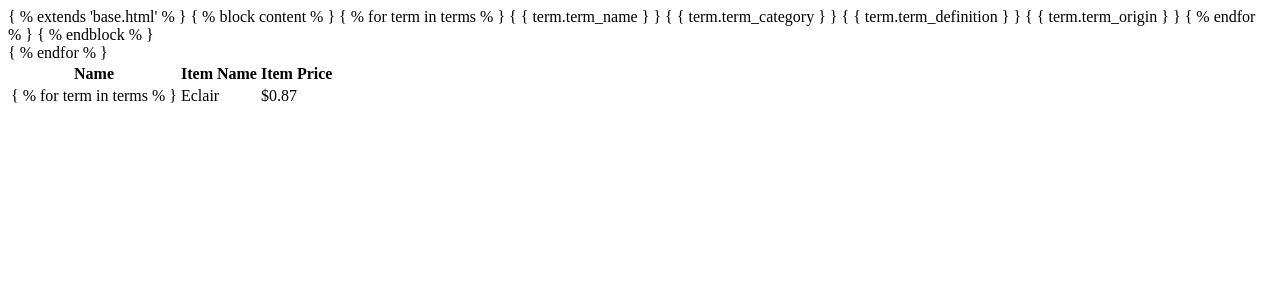
Repository: kalkiboru111/irish-dictionary-of-received-ideas
Page: http://localhost/get_terms
The author's editor kept a record of every edit. The page is drawn from the files as they stood at one moment, then again after a run of edits.
The browser window is 1280 px wide. The pictures show the whole page.
Some web libraries are served in a nearby version. The page is served by the project's application, run on Flask 3 (app.py). Queries for data that is not in the repository find no rows.

Above is the page before.

After the next 5 edits:
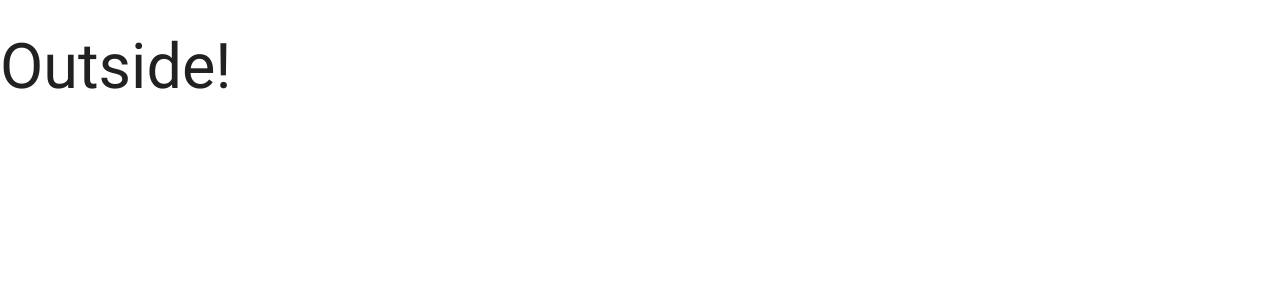
Console error: TypeError: $(...).sidenav is not a function
The 5 edits are shown as one change because 4 did not build or start.
The edit:
--- a/templates/terms.html
+++ b/templates/terms.html
@@ -1,32 +1,21 @@
-{ % extends 'base.html' % }
-{ % block content % }
-{ % for term in terms % }
-{ { term.term_name } }
-{ { term.term_category } }
-{ { term.term_definition } }
-{ { term.term_origin } }
-{ % endfor % }
-{ % endblock % }
-<div class="container">
-    <table class="striped centered responsive-table">
-        <thead>
-            <tr>
-                <th>Name</th>
-                <th>Item Name</th>
-                <th>Item Price</th>
-            </tr>
-        </thead>
 
-        <tbody>
-            <tr>
-                <td>
-                    { % for term in terms % }
-                </td>
-                    { % endfor % }
-                <td>Eclair</td>
-                <td>$0.87</td>
+{% extends 'base.html' %}
+{% block content %}
+    <ul>
+        {% for term in terms %}
+        <li>
+            <div class="collapsible-header">
 
-            </tr>
-        </tbody>
-    </table>
-</div>
+                <div class=" task_header col s9">
+                    <i class="material-icons">expand_more</i><strong>{{task.task_name}}</strong> - {{task.due_date}}
+                </div>
+            </div>
+            <div class="collapsible-body">
+                <span>
+                    {{task.task_description}}
+                </span>
+            </div>
+        </li>
+        {% endfor %}
+    </ul>
+{% endblock %}
